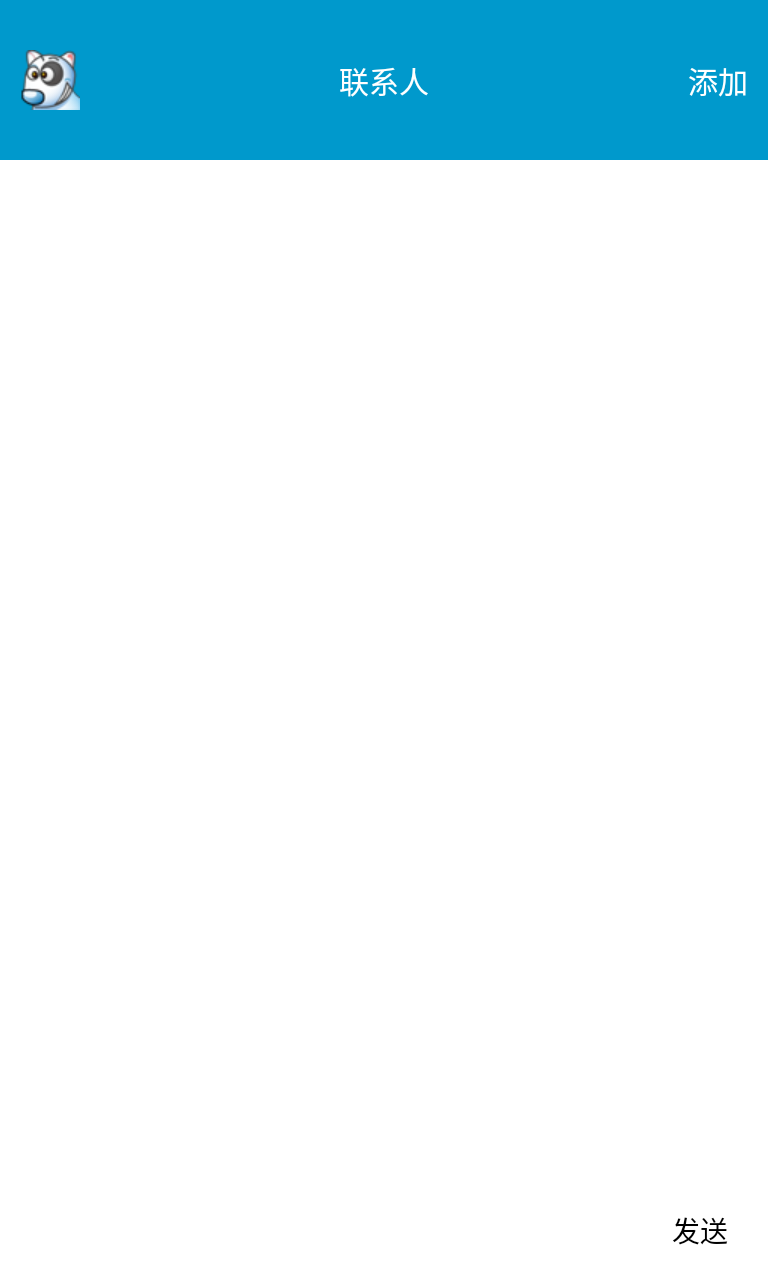
Repository: fanloveoupao/WecharTest
Layout: TestWechar/res/layout/interfce_char.xml
An editor plug-in stored every save of this project. The layout is shown before and after the next save, followed by the edit.
It is drawn on a 768 x 1280 px phone screen (xhdpi) without system bars, with theme AppTheme; the app's code is not run. Lists and similar views that code fills are empty.

Above is the layout before, as saved 2015-10-08 15:18:11.

After the next save:
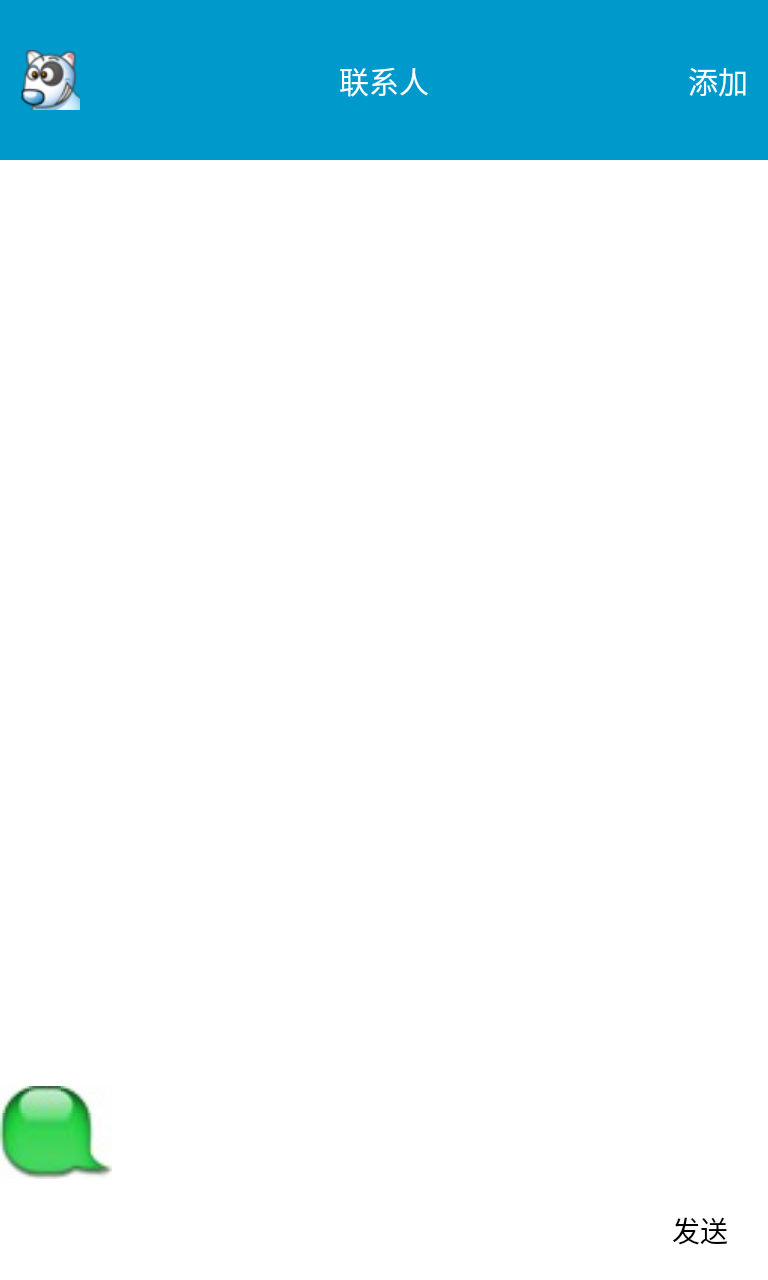
Saved 3 min 44 s later.
--- a/TestWechar/res/layout/interfce_char.xml
+++ b/TestWechar/res/layout/interfce_char.xml
@@ -19,6 +19,13 @@
         android:divider="#0000"
         android:listSelector="#FFFFFF" >
     </ListView>
+
+    <TextView
+        android:id="@+id/loading"
+        android:layout_width="wrap_content"
+        android:layout_height="wrap_content"
+        android:background="@drawable/messge_right"
+        android:textColor="@color/black_deep" />
 
     <LinearLayout
         android:layout_width="fill_parent"

After the save that followed:
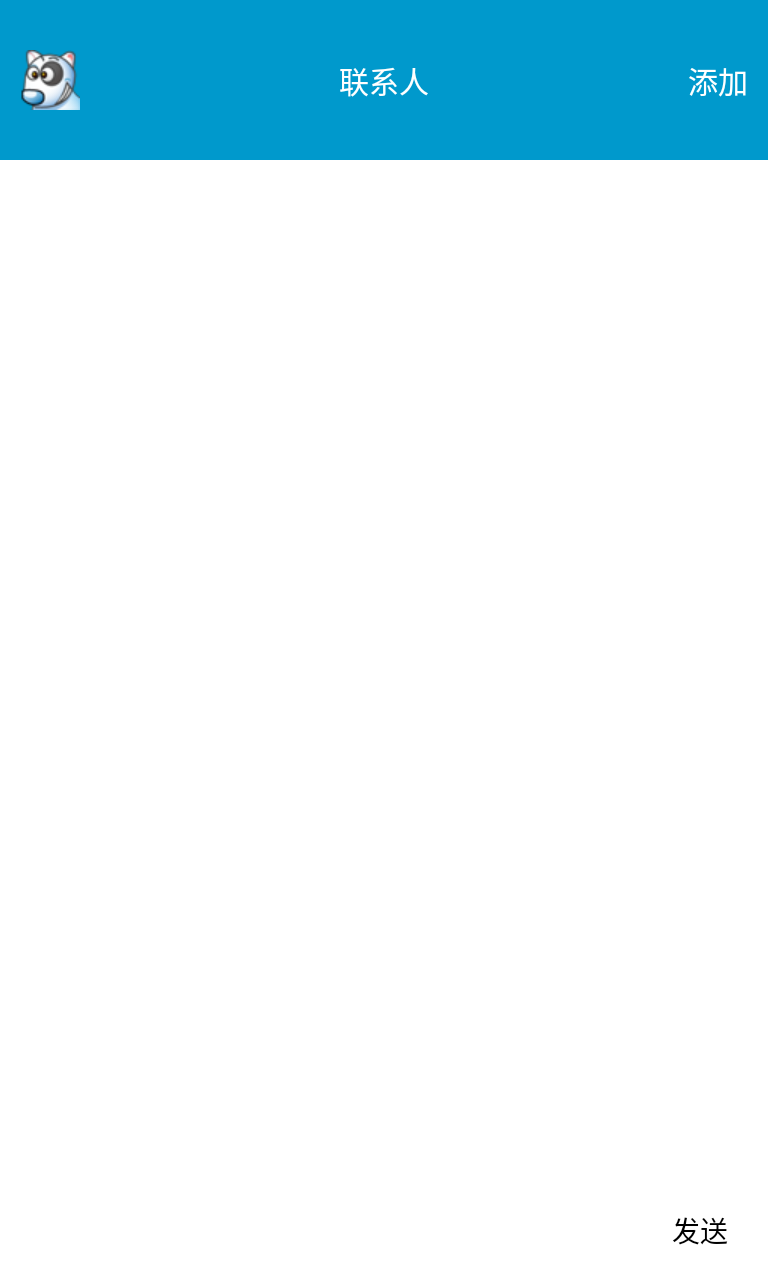
Saved 28 s later.
--- a/TestWechar/res/layout/interfce_char.xml
+++ b/TestWechar/res/layout/interfce_char.xml
@@ -25,7 +25,8 @@
         android:layout_width="wrap_content"
         android:layout_height="wrap_content"
         android:background="@drawable/messge_right"
-        android:textColor="@color/black_deep" />
+        android:textColor="@color/black_deep"
+        android:visibility="gone" />
 
     <LinearLayout
         android:layout_width="fill_parent"
